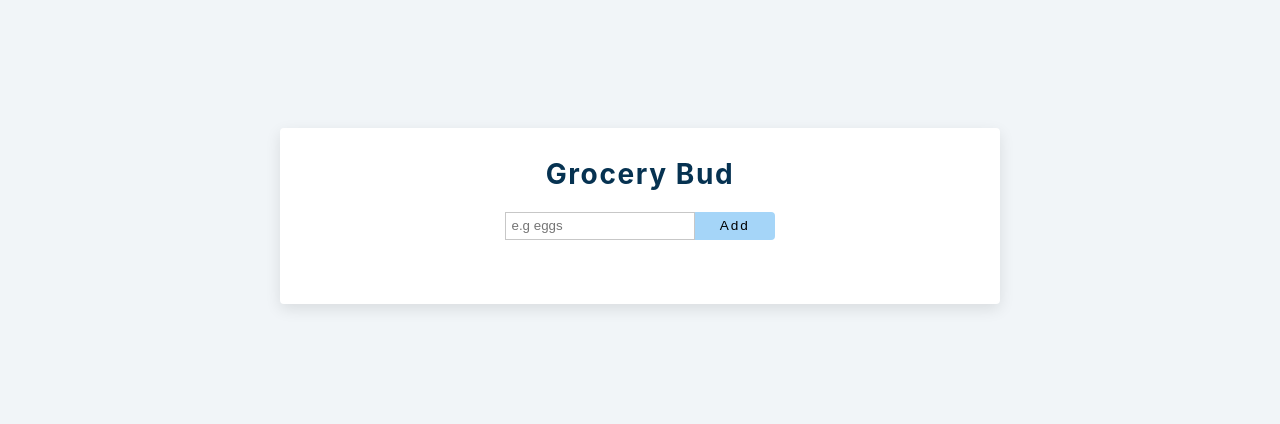
Repository: NavidJalilian/react-projects
Page: / (app in groceryBud-project/)
These files come from the project's save history. The page is drawn as it stood at one moment and after the next save; the edit follows.
The browser window is 1280 px wide. The pictures show the whole page.
The project was rebuilt for these pictures with package versions that can differ from the ones it lists, and the page was loaded fresh each time. Also part of the build but not shown: groceryBud-project/src/Alert.js, groceryBud-project/src/Test.js.

Above is the page before, as saved 2022-04-28 23:59:02.

### groceryBud-project/src/index.css
/*
===============
Variables
===============
*/

:root {
  /* dark shades of primary color*/
  --clr-primary-1: hsl(205, 86%, 17%);
  --clr-primary-2: hsl(205, 77%, 27%);
  --clr-primary-3: hsl(205, 72%, 37%);
  --clr-primary-4: hsl(205, 63%, 48%);
  /* primary/main color */
  --clr-primary-5: hsl(205, 78%, 60%);
  /* lighter shades of primary color */
  --clr-primary-6: hsl(205, 89%, 70%);
  --clr-primary-7: hsl(205, 90%, 76%);
  --clr-primary-8: hsl(205, 86%, 81%);
  --clr-primary-9: hsl(205, 90%, 88%);
  --clr-primary-10: hsl(205, 100%, 96%);
  /* darkest grey - used for headings */
  --clr-grey-1: hsl(209, 61%, 16%);
  --clr-grey-2: hsl(211, 39%, 23%);
  --clr-grey-3: hsl(209, 34%, 30%);
  --clr-grey-4: hsl(209, 28%, 39%);
  /* grey used for paragraphs */
  --clr-grey-5: hsl(210, 22%, 49%);
  --clr-grey-6: hsl(209, 23%, 60%);
  --clr-grey-7: hsl(211, 27%, 70%);
  --clr-grey-8: hsl(210, 31%, 80%);
  --clr-grey-9: hsl(212, 33%, 89%);
  --clr-grey-10: hsl(210, 36%, 96%);
  --clr-white: #fff;
  --clr-red-dark: hsl(360, 67%, 44%);
  --clr-red-light: hsl(360, 71%, 66%);
  --clr-green-dark: hsl(125, 67%, 44%);
  --clr-green-light: hsl(125, 71%, 66%);
  --clr-black: #222;
  --transition: all 0.3s linear;
  --spacing: 0.1rem;
  --radius: 0.25rem;
  --light-shadow: 0 5px 15px rgba(0, 0, 0, 0.1);
  --dark-shadow: 0 5px 15px rgba(0, 0, 0, 0.2);
  --max-width: 1170px;
  --fixed-width: 620px;
}
/*
===============
Global Styles
===============
*/

*,
::after,
::before {
  margin: 0;
  padding: 0;
  box-sizing: border-box;
}
body {
  font-family: -apple-system, BlinkMacSystemFont, "Segoe UI", Roboto, Oxygen,
    Ubuntu, Cantarell, "Open Sans", "Helvetica Neue", sans-serif;
  background: var(--clr-grey-10);
  color: var(--clr-grey-1);
  line-height: 1.5;
  font-size: 0.875rem;
}
ul {
  list-style-type: none;
}
input {
  padding: 0.4em;
  outline: none;
  border: none;
  border: 1px solid rgba(128, 128, 128, 0.445);
}
input:focus {
  border-width: 2px;
}
input a {
  text-decoration: none;
}
h1,
h2,
h3,
h4 {
  letter-spacing: var(--spacing);
  text-transform: capitalize;
  line-height: 1.25;
  margin-bottom: 0.75rem;
}
h1 {
  font-size: 3rem;
}
h2 {
  font-size: 2rem;
}
h3 {
  font-size: 1.25rem;
}
h4 {
  font-size: 0.875rem;
}
p {
  margin-bottom: 1.25rem;
  color: var(--clr-grey-5);
}
@media screen and (min-width: 800px) {
  h1 {
    font-size: 4rem;
  }
  h2 {
    font-size: 2.5rem;
  }
  h3 {
    font-size: 1.75rem;
  }
  h4 {
    font-size: 1rem;
  }
  body {
    font-size: 1rem;
  }
  h1,
  h2,
  h3,
  h4 {
    line-height: 1;
  }
}
.btn {
  text-transform: uppercase;
  background: transparent;
  color: var(--clr-black);
  padding: 0.375rem 0.75rem;
  letter-spacing: var(--spacing);
  display: inline-block;
  transition: var(--transition);
  font-size: 0.875rem;
  border: 2px solid var(--clr-black);
  cursor: pointer;
  box-shadow: 0 1px 3px rgba(0, 0, 0, 0.2);
  border-radius: var(--radius);
}
.btn:hover {
  color: var(--clr-white);
  background: var(--clr-black);
}
/* section */
.section {
  padding: 5rem 0;
}

.section-center {
  width: 90vw;
  margin: 0 auto;
  max-width: 45rem;
  margin-top: 8rem;
}
@media screen and (min-width: 992px) {
  .section-center {
    width: 95vw;
  }
}
main {
  min-height: 100vh;
  display: grid;
  place-items: center;
}
/*
===============
Grocery List
===============
*/
.section-center {
  background: var(--clr-white);
  border-radius: var(--radius);
  box-shadow: var(--light-shadow);
  transition: var(--transition);
  padding: 2rem;
}
.section-center:hover {
  box-shadow: var(--dark-shadow);
}
.alert {
  /* margin-bottom: 1rem; */
  height: 1.5rem;
  display: grid;
  align-items: center;
  text-align: center;
  font-size: 0.7rem;
  border-radius: 0.25rem;
  letter-spacing: var(--spacing);
  text-transform: capitalize;
  padding: 0.5em 0;
  animation: enterBounce 0.4s ease-in-out;
}

@keyframes enterBounce {
  0% {
    transform: translateY(19px);
  }
  50% {
    transform: translateY(-10px);
  }
  100% {
    transform: translateY(0);
  }
}

.alert-danger {
  color: #dac8c9;
  font-weight: bold;
  background: #af1320;
}
.alert-success {
  color: white;
  background-color: #208d39;
}
.grocery-form h3 {
  color: var(--clr-primary-1);
  margin-bottom: 1.5rem;
  text-align: center;
}
.form-control {
  display: flex;
  justify-content: center;
}
.grocery {
  padding: 0.25rem;
  padding-left: 1rem;
  background: var(--clr-grey-10);
  border-top-left-radius: var(--radius);
  border-bottom-left-radius: var(--radius);
  border-color: transparent;
  font-size: 1rem;
  flex: 1 0 auto;
  color: var(--clr-grey-5);
}
.grocery::placeholder {
  font-family: var(--ff-secondary);
  color: var(--clr-grey-5);
}
.submit-btn {
  background: var(--clr-primary-8);
  border-color: transparent;
  flex: 0 0 5rem;
  display: grid;
  align-items: center;
  padding: 0.25rem;
  text-transform: capitalize;
  letter-spacing: 2px;
  border-top-right-radius: var(--radius);
  border-bottom-right-radius: var(--radius);
  cursor: pointer;
  content: var(--clr-primary-5);
  transition: var(--transition);
  font-size: 0.85rem;
}
.submit-btn:hover {
  background: var(--clr-primary-5);
  color: var(--clr-white);
}

.grocery-container {
  margin-top: 2rem;
}

.grocery-item {
  display: flex;
  align-items: center;
  justify-content: space-between;
  margin-bottom: 0.5rem;
  transition: var(--transition);
  padding: 0.25rem 1rem;
  border-radius: var(--radius);
  text-transform: capitalize;
}
.grocery-item:hover {
  color: var(--clr-grey-5);
  background: var(--clr-grey-10);
}
.grocery-item:hover .title {
  color: var(--clr-grey-5);
}
.title {
  margin-bottom: 0;
  color: var(--clr-grey-1);
  letter-spacing: 2px;
  transition: var(--transition);
}
.edit-btn,
.delete-btn {
  background: transparent;
  border-color: transparent;
  cursor: pointer;
  font-size: 0.7rem;
  margin: 0 0.15rem;
  transition: var(--transition);
}
.edit-btn {
  color: var(--clr-green-light);
}
.edit-btn:hover {
  color: var(--clr-green-dark);
}
.delete-btn {
  color: var(--clr-red-light);
}
.delete-btn:hover {
  color: var(--clr-red-dark);
}
.clear-btn {
  text-transform: capitalize;
  width: 10rem;
  height: 1.5rem;
  display: grid;
  align-items: center;
  background: transparent;
  border-color: transparent;
  color: var(--clr-red-light);
  margin: 0 auto;
  font-size: 0.85rem;
  letter-spacing: var(--spacing);
  cursor: pointer;
  transition: var(--transition);
  margin-top: 1.25rem;
}
.clear-btn:hover {
  color: var(--clr-red-dark);
}

### groceryBud-project/src/App.js
import React, { useState, useEffect } from "react";
import List from "./List";
import Alert from "./Alert";
import Test from "./Test";
const getLocsaStorage = () => {
  const list = localStorage.getItem("list");
  return list ? JSON.parse(localStorage.getItem("list")) : [];
};
function App() {
  const [name, setName] = useState("");
  const [list, setList] = useState(getLocsaStorage());
  const [isEditing, setIsEditing] = useState(false);
  const [editId, setEditId] = useState(null);
  const [alert, setAlert] = useState({ show: false, msg: "", type: "" });

  useEffect(() => {
    localStorage.setItem("list", JSON.stringify(list));
  }, [list]);
  const removeAlert = (show = false, type = "", msg = "") => {
    setAlert({ show, type, msg });
  };

  function handleSubmit(e) {
    e.preventDefault();
    if (!name) {
      //display alert
      setAlert({ show: true, msg: "Enter item first !", type: "danger" });
    } else if (name && isEditing) {
      //deal with edit
      setList(
        list.map((item) => {
          return item.id === editId ? { ...item, title: name } : item;
        })
      );
      setName("");
      setIsEditing(null);
      setEditId(false);
      setAlert({ show: true, msg: "Item edited !", type: "success" });
    } else {
      //show alert
      const newItem = { id: new Date().getTime().toString(), title: name };
      setList([...list, newItem]);
      setName("");
      setAlert({ show: true, msg: "item added to the list", type: "success" });
    }
  }

  function clearList() {
    if (list.length === 0) {
      setAlert({ show: true, msg: "nothing to delete", type: "danger" });
      return;
    }
    setList([]);
    setAlert({ show: true, msg: "empty list", type: "success" });
    setList([]);
  }

  function removeItem(id) {
    //remove item from list
    const newList = list.filter((item) => item.id !== id);
    setAlert({
      show: true,
      msg: "item removed from the list",
      type: "success",
    });
    setList(newList);
  }

  function editItem(id) {
    const specificItem = list.find((item) => item.id === id);
    setIsEditing(true);
    setEditId(id);
    setName(specificItem.title);
  }

  return (
    <section className="section-center">
      <form
        action=""
        method=""
        className="grocery-form"
        onSubmit={handleSubmit}
      >
        {alert.show && (
          <Alert {...alert} removeAlert={removeAlert} list={list} />
        )}
        <h3>grocery bud</h3>
        <div className="form-control">
          <input
            type="text"
            placeholder="e.g eggs"
            value={name}
            onChange={(e) => setName(e.target.value)}
          />
          <button type="submit" className="submit-btn">
            {isEditing ? "update" : "add"}
          </button>
        </div>
      </form>
      <div className="grocery-container">
        <List list={list} removeItem={removeItem} editItem={editItem} />
        {list.length > 0 && (
          <button className="clear-btn" onClick={clearList}>
            clear items
          </button>
        )}
      </div>
    </section>
  );
}

export default App;

Loaded but not shown: groceryBud-project/public/index.html (common file); groceryBud-project/src/index.js (common file); groceryBud-project/src/List.js (common file)

After the next save:
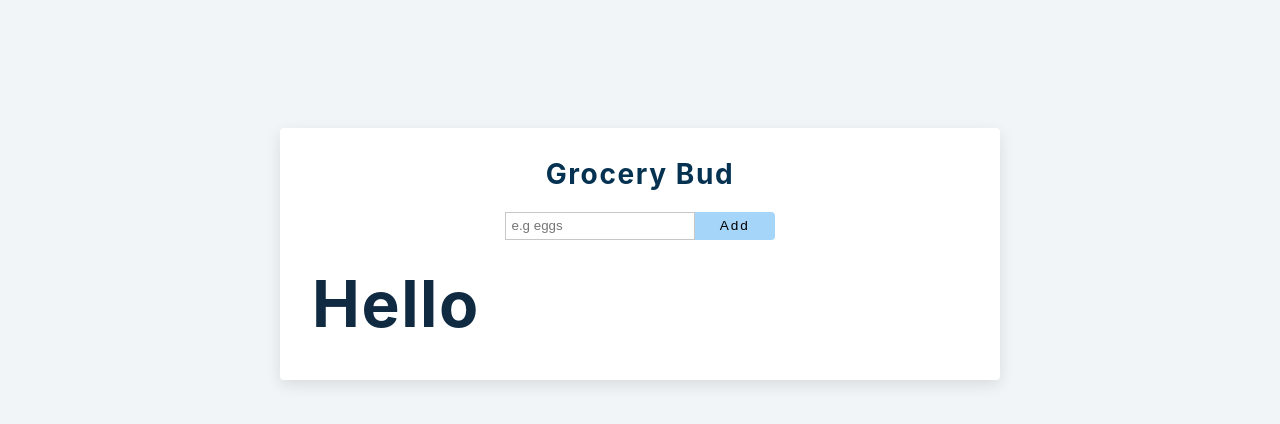
Saved 3 min 27 s later.
--- a/groceryBud-project/src/App.js
+++ b/groceryBud-project/src/App.js
@@ -98,6 +98,7 @@ function App() {
         </div>
       </form>
       <div className="grocery-container">
+        <h1>hello</h1>
         <List list={list} removeItem={removeItem} editItem={editItem} />
         {list.length > 0 && (
           <button className="clear-btn" onClick={clearList}>
